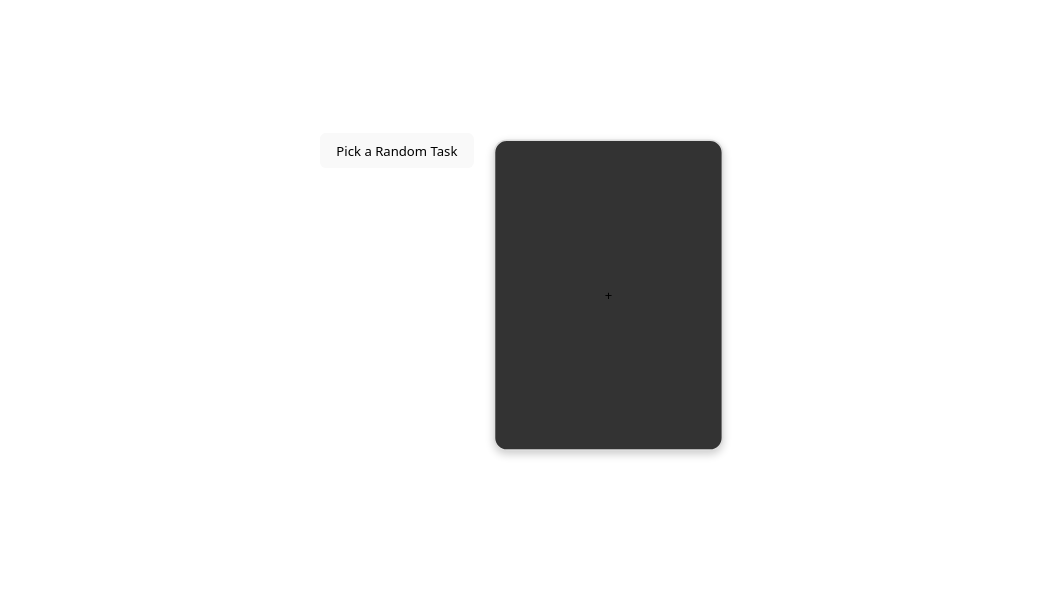
Repository: RamSivaSundaraKarthykeyan/Cards-Task
Page: /
The author's editor kept a copy of each file at every save. The page is drawn from the files as they stood at one save, then again after the next save.
The browser window is 1280 px wide. The pictures show the whole page, at 82% of full size.
The project was rebuilt for these pictures with package versions that can differ from the ones it lists, and the page was loaded fresh each time. Also part of the build but not shown: vite.config.js, src/CSS/checkBox.css, src/components/CheckBox.jsx, src/CSS/TaskCard.css, src/components/TaskCard.jsx.

Above is the page before, as saved 2025-04-16 19:34:50.

### index.html
<!doctype html>
<html lang="en">
  <head>
    <meta charset="UTF-8" />
    <link rel="icon" type="image/svg+xml" href="/vite.svg" />
    <meta name="viewport" content="width=device-width, initial-scale=1.0" />
    <title>New To-Do</title>
  </head>
  <body>
    <div id="root"></div>
    <script type="module" src="/src/main.jsx"></script>
  </body>
</html>

### src/main.jsx
import React, { StrictMode } from "react";
import { createRoot } from "react-dom/client";
import "./CSS/index.css";
import App from "./App.jsx";

createRoot(document.getElementById("root")).render(
  <StrictMode>
    <App />
  </StrictMode>
);

### src/App.jsx
import React from "react";
import "./CSS/App.css";
import Deck from "./components/Deck.jsx";
import { TaskCardProvider } from "./context/TaskCardContext.jsx";

function App() {
  return (
    <>
      <TaskCardProvider>
        <Deck />
      </TaskCardProvider>
    </>
  );
}

export default App;

### src/components/Deck.jsx
import React, { useRef, useEffect } from "react";
import TaskCard from "./TaskCard.jsx";
import { useTaskCardContext } from "../context/TaskCardContext.jsx";
import "../CSS/Deck.css";

function Deck() {
  const {
    taskCards,
    addTaskCard,
    removeTaskCard,
    pickRandomTaskCard,
    selectedTaskId,
  } = useTaskCardContext();

  const inputRef = useRef({});

  const handleAddTaskCard = () => {
    const newId =
      taskCards.length === 0 ? 1 : taskCards[taskCards.length - 1].id + 1;
    addTaskCard({ id: newId });
    inputRef.current[newId] = React.createRef();
  };

  const handlePickRandomTaskCard = () => {
    const randomTaskCard = pickRandomTaskCard();
    if (randomTaskCard) {
      alert(`random Task Card:\nIDl: ${randomTaskCard.id}`);
    } else {
      alert(`No Task Cards Available!`);
    }
  };

  useEffect(() => {
    if (taskCards.length > 0) {
      const lastTaskCard = taskCards[taskCards.length - 1];
      inputRef.current[lastTaskCard.id]?.current?.focus();
    }
  }, [taskCards]);

  return (
    <div
      style={{ display: "flex", flexWrap: "wrap", gap: "16px" }}
      className="deck"
    >
      <button onClick={handlePickRandomTaskCard}> Pick a Random Task </button>
      <button className="task-card-add-button" onClick={handleAddTaskCard}>
        +
      </button>
      {taskCards.map((tc) => (
        <TaskCard
          id={tc.id}
          key={tc.id}
          removeTask={() => removeTaskCard(tc.id)}
          inputRef={inputRef.current[tc.id]}
          isSelected={tc.id === selectedTaskId}
        />
      ))}
    </div>
  );
}

export default Deck;

### src/context/TaskCardContext.jsx
import React, { createContext, useContext, useState } from "react";

const TaskCardContext = createContext();

export function TaskCardProvider({ children }) {
  const [taskCards, setTaskCards] = useState([]);
  const [selectedTaskId, setSelectedTaskId] = useState(null);

  const addTaskCard = (taskCard) => setTaskCards((prev) => [...prev, taskCard]);
  const removeTaskCard = (id) =>
    setTaskCards((prev) => prev.filter((tc) => tc.id !== id));

  const pickRandomTaskCard = () => {
    if (taskCards.length === 0) return null;
    const randomIndex = Math.floor(Math.random() * taskCards.length);
    const randomCard = taskCards[randomIndex];
    setSelectedTaskId(randomCard.id);
    return randomCard;
  };

  return (
    // any component that consumes this context will have access to these value objects
    <TaskCardContext.Provider
      value={{
        taskCards,
        addTaskCard,
        removeTaskCard,
        pickRandomTaskCard,
        selectedTaskId,
      }}
    >
      {children}
    </TaskCardContext.Provider>
  );
}

export function useTaskCardContext() {
  return useContext(TaskCardContext);
}

### src/CSS/Deck.css
.task-card-add-button {
    width: 280px;
    height: 380px;
    margin: 8px;
    display: flex;
    justify-content: center;
    align-items: center;
    border: 2px solid #ddd;
    border-radius: 16px;
    background: #333;
    box-shadow: 0 4px 10px rgba(0, 0, 0, 0.2);
    cursor: pointer;
    box-sizing: border-box;
    /* Ensures uniform size */
}

.task-card-add-button:hover {
    transform: scale(1.05);
    box-shadow: 0 6px 12px rgba(0, 0, 0, 0.2);
}

.deck {
    display: flex;
    flex-wrap: wrap;
    gap: 16px;
    justify-content: center;
    align-items: flex-start;
}

### src/components/Timer.jsx
import React, { useState, useEffect, useRef } from "react";

function Timer() {
  // State to hold the remaining time (in seconds)
  const [time, setTime] = useState(0);
  // State to store the input value from the user
  const [inputValue, setInputValue] = useState("");
  // State to indicate if the timer is running
  const [isRunning, setIsRunning] = useState(false);

  // Ref to store the timer id from setTimeout so it can be cleared if needed
  const timerRef = useRef(null);
  // Ref to store the audio element so we can trigger playback
  const audioRef = useRef(null);

  // useEffect to handle the countdown
  useEffect(() => {
    // If the timer is running and time is not zero, schedule a timeout to decrease time by one second.
    if (isRunning && time > 0) {
      timerRef.current = setTimeout(() => {
        setTime(time - 1);
      }, 1000);
    }
    // When the time reaches zero while the timer is running, play the sound and stop the timer.
    else if (isRunning && time === 0) {
      // Play the sound if the audio element is ready
      if (audioRef.current) {
        audioRef.current.play();
      }
      setIsRunning(false);
    }
    // Cleanup function to clear the timeout if the component re-renders or unmounts.
    return () => clearTimeout(timerRef.current);
  }, [isRunning, time]);

  // Function to start the timer based on the user input
  const startTimer = () => {
    // Convert the input value to an integer (assuming the input is in seconds)
    const seconds = parseInt(inputValue, 10);
    if (!isNaN(seconds) && seconds > 0) {
      setTime(seconds);
      setIsRunning(true);
    }
  };

  return (
    <div style={{ textAlign: "center", marginTop: "30px" }}>
      <input
        type="number"
        value={inputValue}
        onChange={(e) => setInputValue(e.target.value)}
        placeholder="Enter seconds"
        style={{ fontSize: "16px", padding: "4px", width: "150px" }}
      />
      <button
        onClick={startTimer}
        style={{ marginLeft: "10px", fontSize: "16px" }}
      >
        Start Timer
      </button>
      <h2 style={{ marginTop: "20px" }}>{time} sec</h2>
      {/* Audio element plays sound when time is up. Ensure sound.mp3 is available in your public folder or change the src to a valid URL */}
      <audio ref={audioRef}>
        <source src="/alarm.mp3" type="audio/mpeg" />
        Your browser does not support the audio element.
      </audio>
    </div>
  );
}

export default Timer;

### src/components/StickyNotes.jsx
import React, { useState, useEffect } from "react";

function StickyNotes() {
  const [notes, setNotes] = useState([]);
  const [draggingId, setDraggingId] = useState(null);
  const [offset, setOffset] = useState({ x: 0, y: 0 });

  const addNote = () => {
    const newNote = {
      id: Date.now(),
      content: "",
      x: 50,
      y: 50,
    };
    setNotes([...notes, newNote]);
  };

  const handleMouseDown = (e, id) => {
    const note = notes.find((n) => n.id === id);
    if (note) {
      setDraggingId(id);
      setOffset({
        x: e.clientX - note.x,
        y: e.clientY - note.y,
      });
    }
  };

  useEffect(() => {
    const handleMouseMove = (e) => {
      if (draggingId !== null) {
        setNotes((prevNotes) =>
          prevNotes.map((note) =>
            note.id === draggingId
              ? { ...note, x: e.clientX - offset.x, y: e.clientY - offset.y }
              : note
          )
        );
      }
    };

    const handleMouseUp = () => {
      setDraggingId(null);
    };

    if (draggingId !== null) {
      document.addEventListener("mousemove", handleMouseMove);
      document.addEventListener("mouseup", handleMouseUp);
    }

    return () => {
      document.removeEventListener("mousemove", handleMouseMove);
      document.removeEventListener("mouseup", handleMouseDown);
    };
  }, [draggingId, offset]);

  const updateContent = (id, content) => {
    setNotes((prevNotes) =>
      prevNotes.map((note) => (note.id === id ? { ...note, content } : note))
    );
  };

  return (
    <div>
      <button onClick={addNote} style={{ marginBottom: "20px" }}>
        Add Sticky Note
      </button>
      <div
        style={{
          position: "relative",
          height: "100vh",
          border: "1px solid #ddd",
          background: "#f7f7f7",
        }}
      >
        {notes.map((note) => (
          <div
            key={note.id}
            onMouseDown={(e) => handleMouseDown(e, note.id)}
            style={{
              position: "absolute",
              top: note.y,
              left: note.x,
              width: "200px",
              minHeight: "150px",
              background: "yellow",
              padding: "10px",
              cursor: "move",
              boxShadow: "0 4px 8px rgba(0,0,0,0.2)",
              userSelect: "none",
            }}
          >
            <textarea
              value={note.content}
              onChange={(e) => updateContent(note.id, e.target.value)}
              placeholder="Enter your note"
              style={{
                width: "100%",
                height: "100%",
                background: "transparent",
                border: "none",
                resize: "none",
                outline: "none",
                color: "black",
              }}
            />
          </div>
        ))}
      </div>
    </div>
  );
}

export default StickyNotes;

Loaded but not shown: src/index.css (common file); src/CSS/App.css (common file)

After the next save:
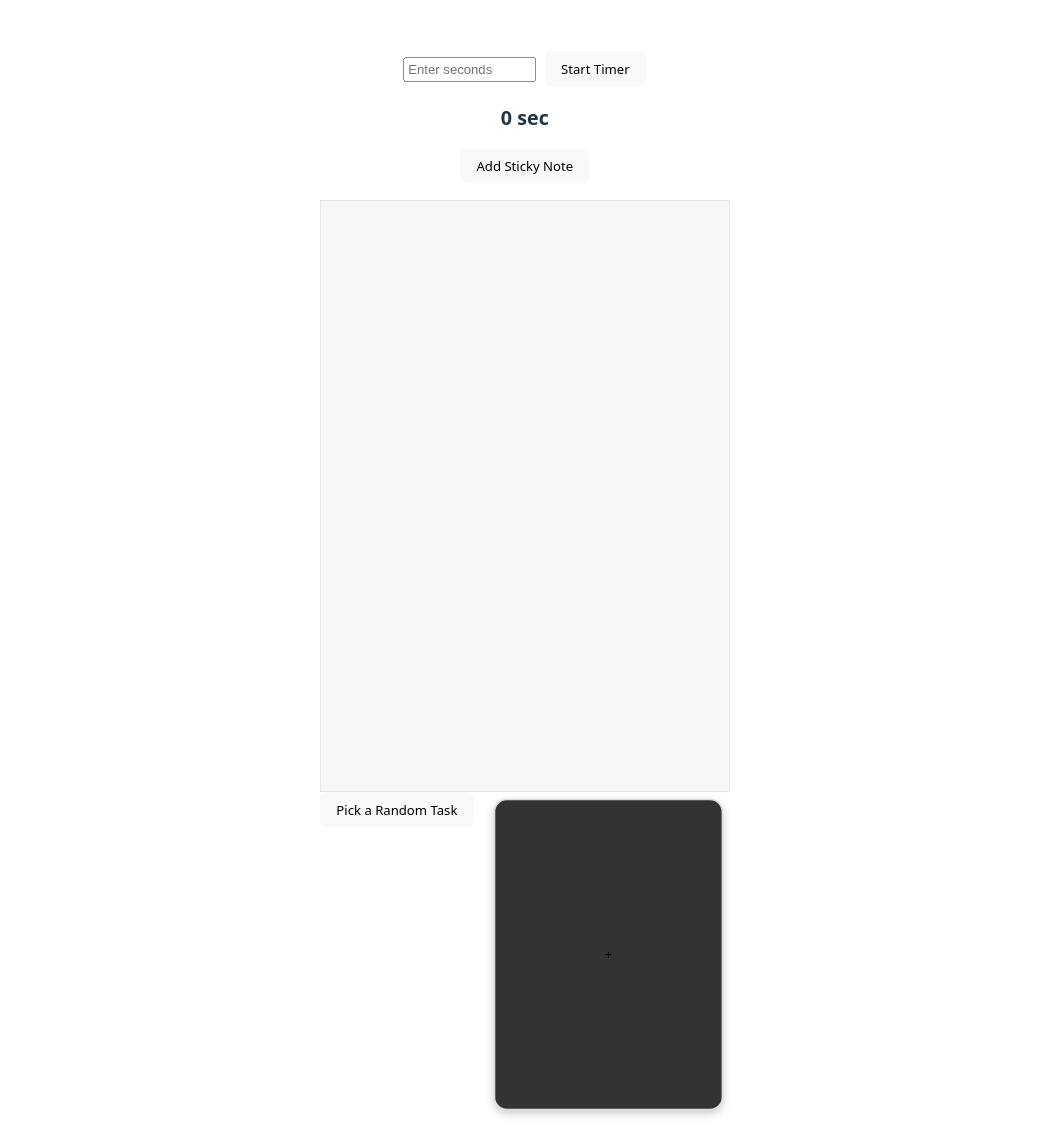
Saved 87 s later.
--- a/src/App.jsx
+++ b/src/App.jsx
@@ -2,13 +2,31 @@ import React from "react";
 import "./CSS/App.css";
 import Deck from "./components/Deck.jsx";
 import { TaskCardProvider } from "./context/TaskCardContext.jsx";
+import Timer from "./components/Timer.jsx";
+import StickyNotes from "./components/StickyNotes.jsx";
 
 function App() {
   return (
     <>
-      <TaskCardProvider>
-        <Deck />
-      </TaskCardProvider>
+      <div className="app-container"></div>
+      <div className="sidebar">
+        <Timer />
+        <div
+          style={{
+            position: "relative",
+            width: "100%",
+            height: "100%",
+            overflow: "hidden",
+          }}
+        >
+          <StickyNotes />
+        </div>
+      </div>
+      <div className="main-content">
+        <TaskCardProvider>
+          <Deck />
+        </TaskCardProvider>
+      </div>
     </>
   );
 }
